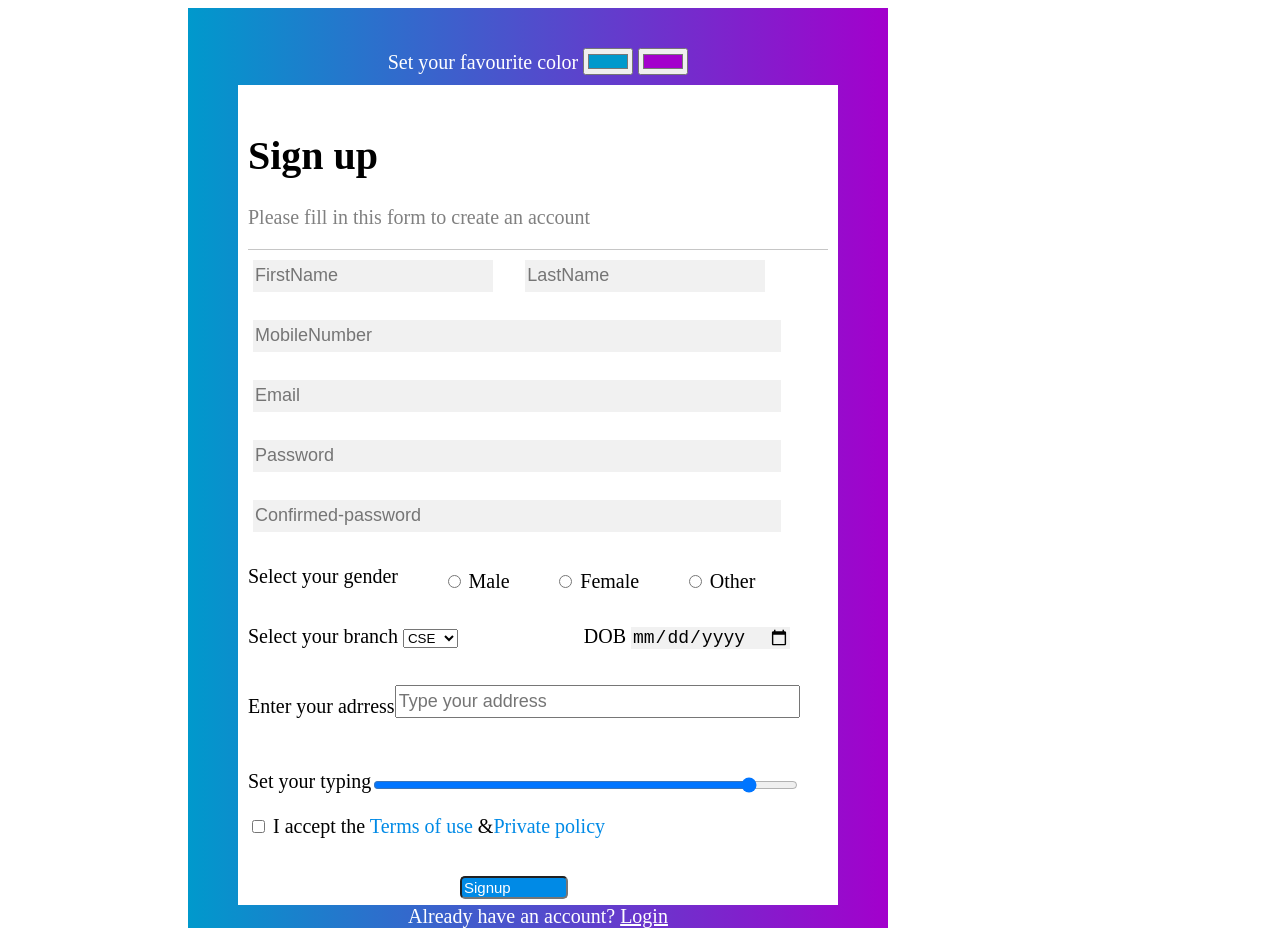
Repository: pothupreethi/Javascript
Page: javaScript/js-assignments/sign-up-form/sign-up.html
The author's editor kept a record of every edit. The page is drawn from the files as they stood at one moment, then again after the next edit.
The browser window is 1280 px wide. The pictures show the whole page.

Above is the page before.

### javaScript/js-assignments/sign-up-form/sign-up.html
<!DOCTYPE html>
<html lang="en">

  <head>
    <meta charset="utf-8" />
    <meta name="viewport" content="width=device-width, initial-scale=1, shrink-to-fit=no" />
    <meta http-equiv="X-UA-Compatible" content="ie=edge" />
    <title>Sign Up</title>
    <link rel="stylesheet" href="sign-up.css" />
  </head>

  <body>
    <div id="console-root"></div>
    <script src="https://tap.ibhubs.in/utils/console.js"></script>

    <div class="main-section" id="mainSection">
      <div class="outside" id="outSide">
        <label>Set your favourite color</label>
        <input type="color" id="colorModificationBox1" name="head" value="#0099cc">
        <input type="color" id="colorModificationBox2" name="head" value="#a300cc">
      </div>


      <div class="login-form">
        <div class="sign-up">
          <h1>Sign up</h1>
          <p class="fill-this-form">Please fill in this form to create an account</p>

        </div>
        <div class="form">
          <form id="dataForm">
            <div class="col-1">
              <div class="signup-form-first-name">
                <input type="text" placeholder="FirstName" class="first-name" name="firstName" style="width:90%" id="firstName" required>
                <p class="error-message" id="errorMessageForFirstName">Invalid FirstName</p>
              </div>
              <div class="signup-form-last-name">
                <input type="text" placeholder="LastName" class="last-name" style="width:90%" id="lastName" required>
                <p class="error-message" id="errorMessageForLastName">Invalid LastName</p>
              </div>
            </div>

            <div class="mobile-num">
              <input type="text" placeholder="MobileNumber" class="mobile-number" id="mobileNumber" required>
              <p class="error-message" id="errorMessageForMobileNumber">Invalid MobileNumber</p>
            </div>
            <div class="email-div">
              <input type="text" placeholder="Email" vlaue="Email" id="email" class="email" required>
              <p class="error-message" id="errorMessageForEmailAddress">Invalid Email Address</p>
            </div>
            <div class="password-div">
              <input type="password" placeholder="Password" id="password" class="password" required>
              <p class="error-message" id="errorMessageForPassword">password must contain one capital letter and one small letter</p>
            </div>
            <div class="confirmed-password-div">
              <input type="password" placeholder="Confirmed-password" class="confirmed-password" id="confirmedPassword" required>
              <p class="error-message" id="errorMessageForConfirmedPassword"> password didn't match</p>
            </div>
        </div>
        <div class="gender">
          <lable id="errorForGender">Select your gender</lable>

          <div class="male"> <input type="radio" id="male" name="gender" value="Male">
            <label for="male">Male</label></div>
          <div class="female"> <input type="radio" id="female" name="gender" value="female">
            <label for="female">Female</label>
          </div>
          <div class="other"> <input type="radio" id="other" name="gender" value="other">
            <label for="other">Other</label>
          </div>
          <div>
          </div>
        </div>
        <div class="branches-date">
          <div>
            <label for="branch">Select your branch</label>
            <select id="branches">
                 <option value="CSE">CSE</option>
                  <option value="ECE">ECE</option>
                 <option value="Civil">Civil</option>
                   <option value="mech">Mech</option>
                  </select>
          </div>
          <div class="date-of-birth-div">
            <label for="date">DOB</label>
            <input type="date" class="date-of-birth" id="dateOfBirth" value="dd//mm//yy">
            <p class="error-message" id="errorMessageForDateOfBirth">Invalid date of birth</p>
          </div>

        </div>


        <div class="address-div">
          <label for="address" class="address-main">Enter your adrress</label>
          <input type="text" class="address" placeholder="Type your address" id="address " required>
        </div>
        <div class="set-typing ">
          <label for="typing " class="set-typing1">Set your typing</label>
          <input type="range" id="cowbell" name="cowbell" class="range-of-typing" min="0" max="100" value="90" step="10">


        </div>
        <div class="check-terms ">
          <input type="checkbox" id="terms" class="Terms">
          <label for="terms ">I accept the<span class="terms-of-use "> Terms of use</span> &<span class="terms-of-use ">Private policy</span></label></div>
        <p class="error-message " id="errorMessageForTermsAndCondition ">Accept the terms and conditions</p>
        <p class="error-message " id="errorMessageForGender ">please select the gender</p>
        <div class="submit-div ">
          <input class="signup-button " type="button " value="Signup " id='signUp'>
        </div>

      </div>
      </form>
      <div class="login ">
        <label>Already have an account? <span style="text-decoration:underline "> Login</span></label>
      </div>

    </div>

    <script src="sign-up.js "></script>
  </body>

</html>

### javaScript/js-assignments/sign-up-form/sign-up.css
.login-form {
    background-color: white;

    margin-left: 50px;
    margin-right: 50px;

}

.col-1 {
    display: flex;
    flex-wrap: wrap;
}

.fill-this-form {
    color: grey;
}

.first-name,
.last-name,
.mobile-number,
.email,
.password,
.confirmed-password,
.date-of-birth {
    background-color: #f1f1f1;
    color: black;
    border: none;

}

.gender {
    display: flex;
    justify-content: space-between;
    align-items: space-between;

    width: 100%;
}

.male,
.female,
.other {
    margin-top: 5px;

}

.branches-date {
    width: 100%;
    display: flex;
    align-items: space-between;
    justify-content: space-between;
}

.address-div {
    display: flex;

}

.address {
    flex-grow: 2;
    height: 45%;
}




.set-typing {
    display: flex;
    margin-top: 10px;
}

.range-of-typing {
    flex-grow: 1;
}


.sign-up {
    border-bottom: 1px solid #c6c6c6;
    padding-top: 20px;
    margin: 10px;
}

.first-name,
.last-name,
.mobile-number,
.email,
.password,
.confirmed-password,
.gender,
.branches-date,
.address-div,
.set-typing,
.check-terms,
.submit-div {
    height: 30px;
    width: 92%;
}

.submit-div {
    text-align: center;
}

.signup-button {
    width: 100px;
    border-radius: 5px;
    font-size: 15px;
    color: white;
    background-color: #008ae6;
}

.outside {
    text-align: center;
    color: white;
    margin-bottom: 0px;
    padding-top: 40px;
    margin-top: 0px;
}

.terms-of-use {
    color: #008ae6;
}

form {
    margin: 5px;
    color: grey;

}

input {
    font-size: 18px;
}

.main-section {
    width: 700px;
    margin-left: 180px;
    margin-top: 0px;
    background: linear-gradient(-90deg, #a300cc, #0099cc);
    font-size: 20px;
}

.address-main {
    padding-top: 10px;
}

.login {
    text-align: center;
    color: white;
}

.error-message {
    display: none;
    color: red;
    text-align: center;
    font-size: 12px;
    margin: 0px;
}

.signup-form-first-name,
.signup-form-last-name {
    margin-right: 10px;
    width: 46%;
}

.first-name,
.last-name {
    margin-bottom: 0px;
}

.col-1,
.mobile-num,
.email-div,
.password-div,
.confirmed-password-div,
.gender,
.branches-date,
.date-of-birth-div,
.address-div,
.set-typing,
.check-terms {
    margin-left: 10px;
    margin-right: 10px;
    height: 60px;
}

.set-typing1 {
    padding-top: 15px;
}

### javaScript/js-assignments/sign-up-form/sign-up.js
 const firstName = document.getElementById('firstName');
 const lastName = document.getElementById('lastName');
 const mobileNumber = document.getElementById('mobileNumber');
 const emailAddress = document.getElementById('email');
 const originalPassword = document.getElementById('password');
 const confirmedPassword = document.getElementById('confirmedPassword');
 const signUpButton = document.getElementById('signUp');
 const male = document.getElementById('male');
 const female = document.getElementById('female');
 const others = document.getElementById('other');
 const branch = document.getElementById('branches');
 const dateOfBirth = document.getElementById('dateOfBirth');
 const acceptTerms = document.getElementById('terms');
 const color1 = document.getElementById('colorModificationBox1');
 const color2 = document.getElementById('colorModificationBox2');
 const address = document.getElementById('address');
 const dataForm = document.getElementById('dataForm');
 const errorMessageForFirstName = document.getElementById('errorMessageForFirstName');
 const errorMessageForLastName = document.getElementById('errorMessageForLastName');
 const errorMessageForMobileNumber = document.getElementById('errorMessageForMobileNumber');
 const errorMessageForEmailAddress = document.getElementById('errorMessageForEmailAddress');
 const errorMessageForPassword = document.getElementById('errorMessageForPassword');
 const errorMessageForConfirmedPassword = document.getElementById('errorMessageForConfirmedPassword');
 let userData = {};
 userData.Branch = "CSE";
 /*firstName.onblur = (event) => {
  let pattern = /^[A-Za-z]+$/;
  if (firstName.value.match(pattern)) {
   errorMessageForFirstName.style.display = "none";
   userData['firstName'] = event.target.value;
  }
  else {
   errorMessageForFirstName.style.display = "block";
  }
 }

 lastName.onblur = (event) => {
  var pattern = /^[A-Za-z]+$/;
  if (lastName.value.match(pattern)) {
   userData['LastName'] = event.target.value;
   errorMessageForLastName.style.display = "none";
 }
  else {
 errorMessageForLastName.style.display = "block";
  }
 }

 mobileNumber.onblur = (event) => {
  var pattern = /[0-9]{9}$/;
  if (mobileNumber.value.match(pattern)) {
   userData['MobileNumber'] = event.target.value;
  errorMessageForMobileNumber.style.display = "none";
  }
  else {
errorMessageForMobileNumber.style.display = "block";
  }

 }

 emailAddress.onblur = (event) => {
  var emailPattern = /^[a-zA-Z0-9._-]+@[a-zA-Z0-9.-]+\.[a-zA-Z]{2,4}$/;
  if (emailAddress.value.match(emailPattern)) {
   userData['Email-Address'] = event.target.value;
   errorMessageForEmailAddress.style.display = "none";
  }
  else {
   errorMessageForEmailAddress.style.display = "block";
  }
 }
 originalPassword.onblur = (event) => {
  var passwordPattern = /^(?=.*?[A-Z])(?=.*?[a-z]).{8,}$/;
  if (originalPassword.value.match(passwordPattern)) {
   userData['Password'] = originalPassword.value;
   errorMessageForPassword.style.display = "none";
  }
  else {
   errorMessageForPassword.style.display = "block";
  }
 }
 confirmedPassword.onblur = (event) => {
  let valueOf = originalPassword.value;
  if (valueOf === confirmedPassword.value) {
   errorMessageForConfirmedPassword.style.display = "none";
  }
  else {
   errorMessageForConfirmedPassword.style.display = "block";
  }
 }



 signUpButton.onclick = () => {
  if (male.checked) {
   document.getElementById('errorMessageForGender').style.display = "none"
   userData['Gender'] = male.value;
  }
  else if (female.checked) {
   document.getElementById('errorMessageForGender').style.display = "none"
   userData['Gender'] = female.value;
  }
  else if (others.checked) {
   document.getElementById('errorMessageForGender').style.display = "none"
   userData['Gender'] = others.value;
  }
  else {
   document.getElementById('errorMessageForGender').style.display = "block";
  }

  if (acceptTerms.checked) {
   document.getElementById('errorMessageForTermsAndCondition').style.display = "none";
  }
  else {

   document.getElementById('errorMessageForTermsAndCondition').style.display = "block";

  }
  // alert(Object.keys(userData).length);
  if (Object.keys(userData).length >= 8) {

   console.log(userData);
   userData = {};
   dataForm.reset();
   alert("Form is filled");
  }
  else {
   alert("Please fill the data");
  }

 }

 branch.onchange = (event) => {
  userData['Branch'] = event.target.value;
 }
 dateOfBirth.onchange = (event) => {
  let pattern = /\b(20|[2-9][0-9])\d{2}-([0|1])\d-([0-3])\d\b/g
  let dob = dateOfBirth.value;

  userData['Date Of Birth'] = event.target.value;
  if (dob.match(pattern)) {

   document.getElementById('errorMessageForDateOfBirth').style.display = "none";
  }
  else {
   document.getElementById('errorMessageForDateOfBirth').style.display = "block";


  }

 }
 color1.onchange = (event) => { changeColor(color1, color2) }
 color2.onchange = (event) => { changeColor(color1, color2) }

 function changeColor(color1, color2) {
  document.getElementById('mainSection').style.backgroundImage = `linear-gradient(-90deg,${color2.value},${color1.value})`;
 }
 address.onblur = (event) => {
  userData.Address = address.value;
 }*/

 function conditionForValidation(targetValue) {
  alert(targetValue.value);
  alert(targetValue.getAttribute("name"));
 }
 firstName.onblur = (event) => { conditionForValidation(event.target) };
 lastName.onblur = (event) => { conditionForValidation(event.target) };

After the next edit:
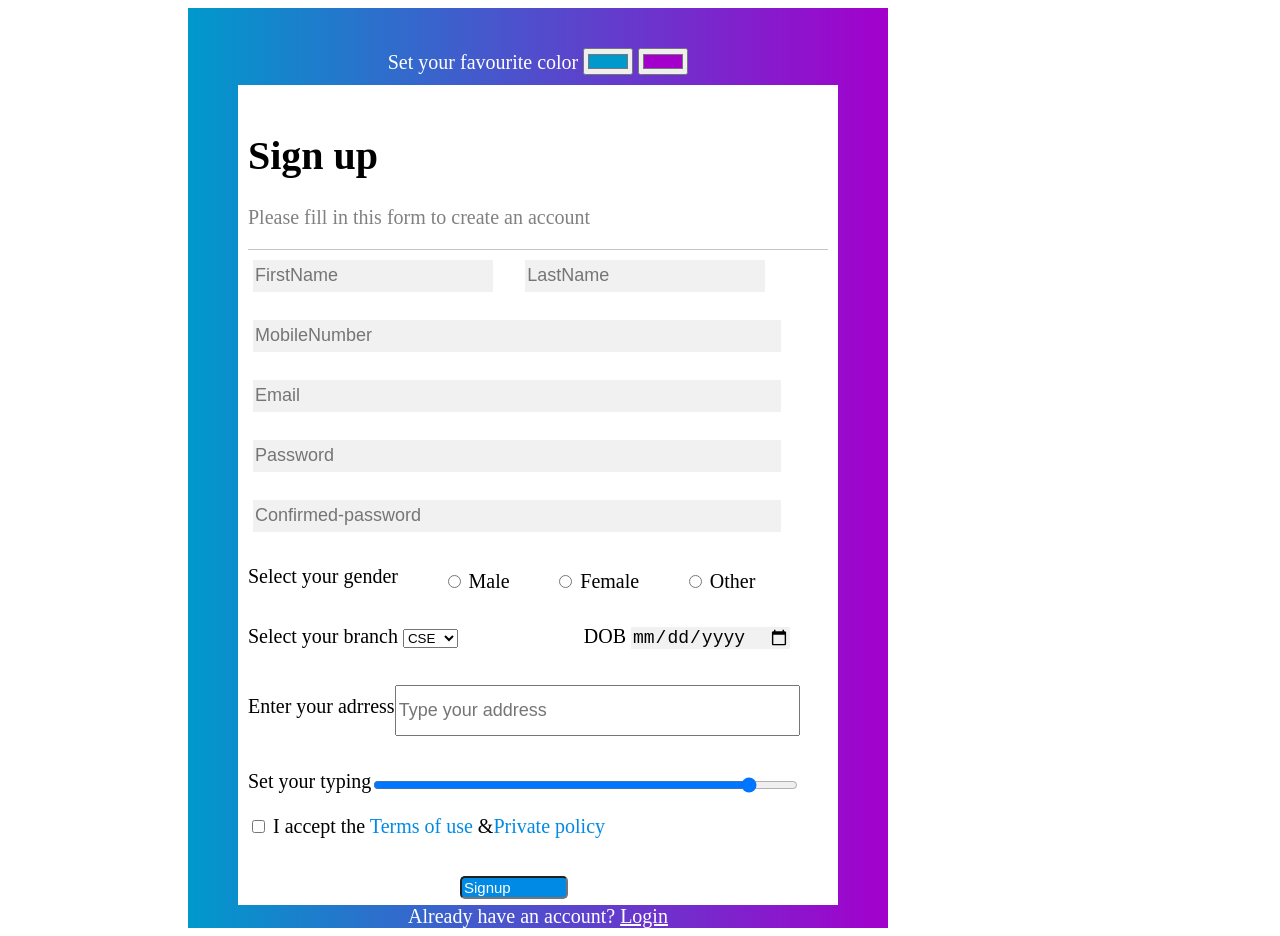
The edit:
--- a/javaScript/js-assignments/sign-up-form/sign-up.css
+++ b/javaScript/js-assignments/sign-up-form/sign-up.css
@@ -57,7 +57,7 @@
 
 .address {
     flex-grow: 2;
-    height: 45%;
+    height: 45px;
 }
 
 
